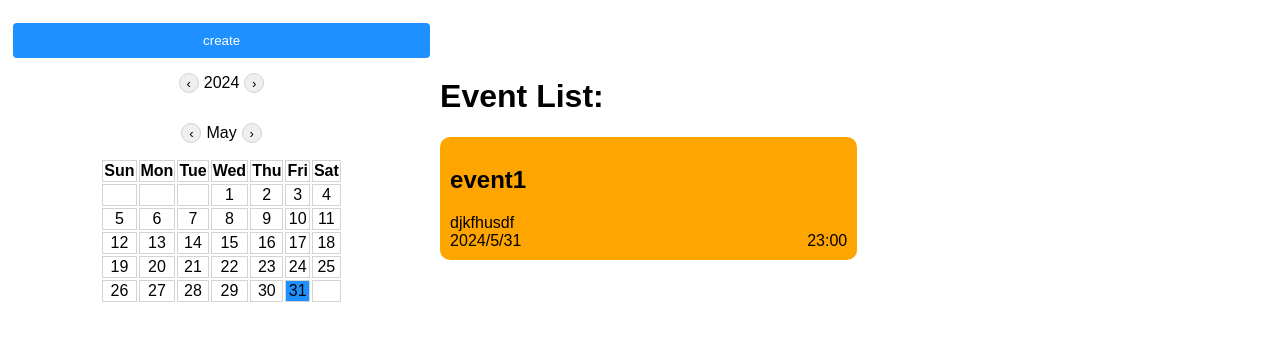
Repository: fateme81yosefi/calendar
Page: index.html
These files come from the project's save history. The page is drawn as it stood at one moment and after the next save; the edit follows.
The browser window is 1280 px wide. The pictures show the whole page.

Above is the page before, as saved 2024-05-31 08:56:55.
Console error: ReferenceError: eventt is not defined

After the next save:
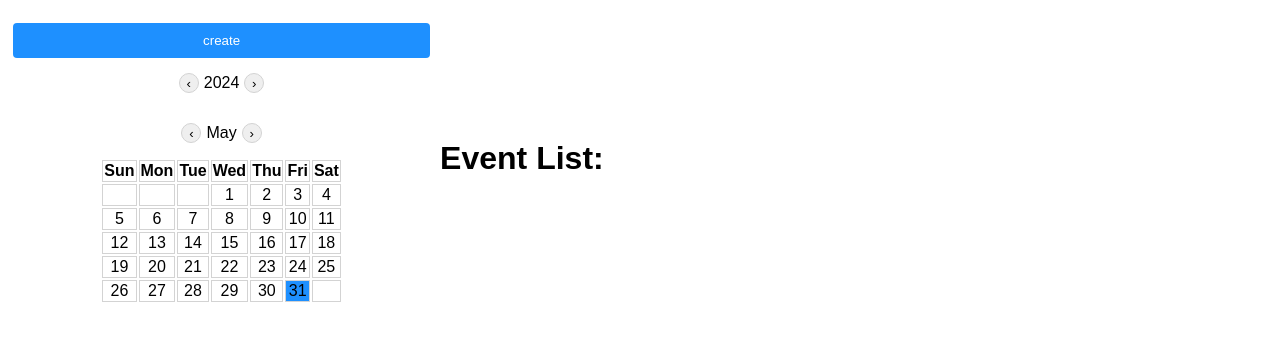
Saved 5 s later.
--- a/index.html
+++ b/index.html
@@ -102,14 +102,6 @@
         }
       </script>
 
-      <div class="event">
-        <h2 class="event-title">event1</h2>
-        <span>djkfhusdf</span>
-        <div class="row-event">
-          <span class="date">2024/5/31</span>
-          <span class="time">23:00</span>
-        </div>
-      </div>
     </div>
     <div class="new-event" id="new-event">
       <h1>new Event:</h1>
